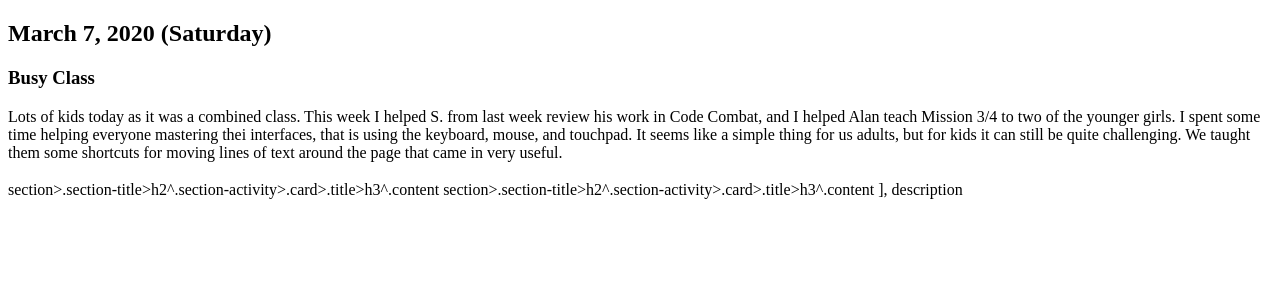
Repository: chocochocosensei/Mission-Exercises
Page: page2/index.html
These files come from the project's save history. The page is drawn as it stood at one moment and after the next save; the edit follows.
The browser window is 1280 px wide. The pictures show the whole page.

Above is the page before, as saved 2020-03-10 12:24:34.

After the next save:
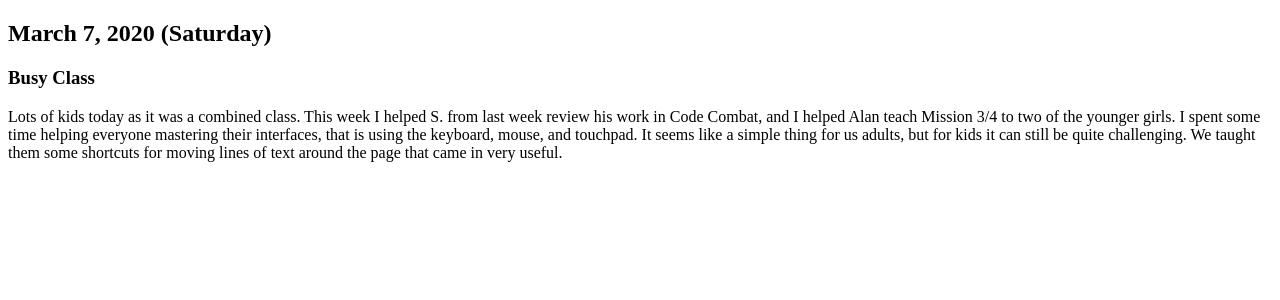
Saved 2 min 16 s later.
--- a/page2/index.html
+++ b/page2/index.html
@@ -23,7 +23,7 @@
                     <h3 id="busy-class">Busy Class</h3>
                 </div>
                 <div class="content">
-                    <p>Lots of kids today as it was a combined class. This week I helped S. from last week review his work in Code Combat, and I helped Alan teach Mission 3/4 to two of the younger girls. I spent some time helping everyone mastering thei
+                    <p>Lots of kids today as it was a combined class. This week I helped S. from last week review his work in Code Combat, and I helped Alan teach Mission 3/4 to two of the younger girls. I spent some time helping everyone mastering their
                         interfaces, that is using the keyboard, mouse, and touchpad. It seems like a simple thing for us adults, but for kids it can still be quite challenging. We taught them some shortcuts for moving lines of text around the page that
                         came in very useful.</p>
                 </div>
@@ -42,29 +42,6 @@
         </div>
     </section>
 
-    <section>
-        <div class="section-title">
-            <h2>
-            </h2>
-        </div>
-        <div class="section-activity">
-            <div class="card">
-                <div class="title">
-                    <h3>
-
-                    </h3>
-                </div>
-                <div class="content"></div>
-            </div>
-
-
-        </div>
-    </section>
-
-    section>.section-title>h2^.section-activity>.card>.title>h3^.content section>.section-title>h2^.section-activity>.card>.title>h3^.content ], description
-
-
-
 
 </body>
 
